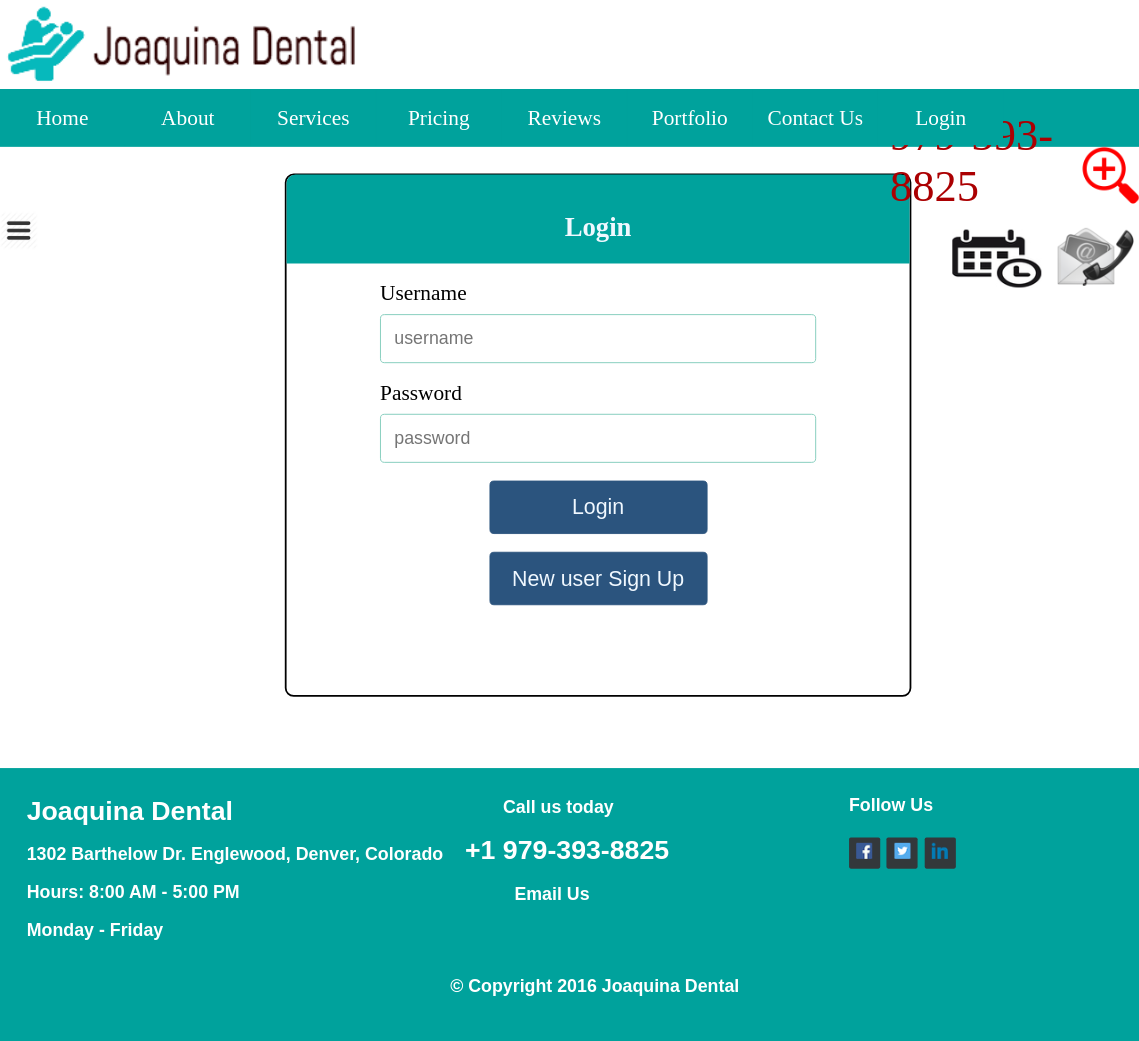
Repository: ManjushaBolishetty/test
Page: http://localhost/test/LoginError.jsp
An editor plug-in stored every save of this project. The page is shown before and after the next save, followed by the edit.
The browser window is 1280 px wide. The pictures show the whole page, at 89% of full size.
The page is served by Tomcat 9. Other server files are loaded and not shown.

Above is the page before, as saved 2016-04-03 06:54:28.

### test/WebContent/LoginError.jsp
<%@ page language="java" contentType="text/html; charset=UTF-8"
    pageEncoding="UTF-8"%>
<%@include file="header.jsp" %>
<!DOCTYPE html>
<html>
<head>
<meta http-equiv="Content-Type" content="text/html; charset=UTF-8">
<meta name="viewport" content="width=device-width, initial-scale=1">
<link href="CSS/ResponsiveForm.css" rel="stylesheet" type="text/css" />
<title>Login</title>
</head>
<body>
<div id="cover">
<header>
    <h3>Login</h3>
</header>
<form action="Login" method="post">
	<label>Username </label>
	<input type="text" name="username" placeholder="username" width="100px;">
	<label>Password </label>
	<input type="password" name="password" placeholder="password">
	<input type="submit" value="Login" id="login">
	<input type="submit" value="New user Sign Up" id="newuser">
</form>
<P>Bummm!!!! Invalid Username or Password. Please try again. <p>
</div>
<footer class="footer-distributed">
			<div class="footer-left">

				<h3>Joaquina Dental</h3>
				<p>1302 Barthelow Dr.
				Englewood, Denver, Colorado</p>
				<p >Hours: 8:00 AM - 5:00 PM</p>
				<p >Monday - Friday</p>
			</div>

			<div class="footer-center">

				<p class="callusToday">Call us today  </p><br/>
				<br/>
				<h3>+1 979-393-8825</h3><br/>
				<p class="emailUs">Email Us</p>
			</div>

			<div class="footer-right">

				<p>Follow Us</p>

				<div class="footer-icons">

					<a href="#"><i class="fa fa-facebook"></i></a>
					<a href="#"><i class="fa fa-twitter"></i></a>
					<a href="#"><i class="fa fa-linkedin"></i></a>

				</div>

			</div>
<p class="copyright" >&copy; Copyright 2016 Joaquina Dental</p>
		</footer>
</body>
</html>

### test/WebContent/header.jsp
<%@ page language="java" contentType="text/html; charset=UTF-8"
    pageEncoding="UTF-8"%>
<!DOCTYPE html>
<html>
<head>
<meta http-equiv="Content-Type" content="text/html; charset=UTF-8">
<meta name="viewport" content="width=device-width, initial-scale=1">
<link href="CSS/testeverything.css" rel="stylesheet" type="text/css" />
<style>

#zoom img {
    width: 5%;
    position: absolute;
    right: 0;
}
</style>
<title>Insert title here</title>
</head>

<body>
<div id="header">
	<img class="logoimage" src="Images/Drawing (4).png" alt="Joaquina Dental"></img>
	<span class="phonenumber">979-393-8825</span>
	<a href="#" class="scheduleanchor"><img class="Contact" src="Images/Contact_Us.png"></img></a>
	<a href="#" class="scheduleanchor"><img class="Calendar" src="Images/calendar.png"></img></a>
</div>

<div id="navmenu">
	<img class="iconimage" src="Images/collpased_menu.png"></img><label for="show-menu" class="show-menu iconlabel">Menu</label>
	<input type="checkbox" id="show-menu" role="button">

	<ul id="menu">
		  <li><a href="#">Home</a></li>
		  <li><a href="#">About</a></li>
		  <li>
		    	<a href="#">Services</a>
			    <ul class="dropdownContent">
			      <li><a href="#">Extraction</a></li>
			      <li><a href="#">Transplant</a></li>
			      <li><a href="#">Root Canal</a></li>
			      <li><a href="#">Cleaning</a></li>
			    </ul>
	  	   </li>
	  	   <li><a href="#">Pricing</a></li>
	  	   <li><a href="#">Reviews</a></li>
	  	   <li><a href="#">Portfolio</a></li>
	  	   <li><a href="#">Contact Us</a></li>
	  	   <li><a href="#">Login</a></li>
	</ul>
</div>
<div id="zoom" style="width:100%;height:0px">
	<a href="#" class=""><img class="zoom" src="Images/zoom.png"></img></a>
</div>
</body>
</html>

### test/WebContent/CSS/testeverything.css
body{
  border: 0;
  padding: 0;
  margin: 0;
  height: 100%;

}

#header{
	width:100%;
	height:100px;
  background-color:white;
}

#header h3{
	display:inline;
	width:auto;
	height:auto;
}
#header img{
	width:auto;
	float:left;
	padding-left:0px;
	height:100%;
}


.Contact{

	max-width:100%;
	height:auto;
	margin-left:10px;
	margin-top:18px;
}


.Calendar{

	max-width:100%;
	height:auto;
	margin-left:10px;
	margin-top:20px;
}

#header a{
	float:right;
	/*margin-right: 40px;*/
}
.logoSchedule{
	width:auto;
	float:left;
}

.logoContact{
	width:auto;
	float:right;
}

#navmenu{
	width:100%;
	height:65px;
	background:#00A29C;
}

ul {
	list-style-type:none;
	margin:0;
	padding:0;
	position: absolute;
}

/*Create a horizontal list with spacing*/
li {
	display:inline-block;
	float: left;
	margin-right: 1px;
}

/*Style for menu links*/
li a {
	display:block;
	min-width:140px;
	padding-top:20px;
	padding-bottom:16px;
	font-size:24px;
	text-align: center;
	font-family: 'Roboto Slab', serif;
	color: white;
	background: #00A29C;
	text-decoration: none;
}

.phonenumber{
    font-size: 50px;
    margin-left: 1000px;
    display: inline-block;
    margin-top: 22px;
    color: #ab0002;
    float:left;
}

/*Hover state for top level links*/
li:hover a {
	background: black;
}

/*Style for dropdown links*/
li:hover ul a {
	background: #e6ffff;
	color: blue;
}

/*Hover state for dropdown links*/
li:hover ul a:hover {
	background: #19c589;
	color: #fff;
}

/*Hide dropdown links until they are needed*/
li ul {
	display: none;
}

/*Make dropdown links vertical*/
li ul li {
	display: block;
	float: none;
}



/*Display the dropdown on hover*/
ul li a:hover + .dropdownContent, .dropdownContent:hover {
	display: block;
}

/*Responsive Styles*/

	.show-menu {
	font-family: "Helvetica Neue", Helvetica, Arial, sans-serif;
	text-decoration: none;
	color: #fff;
	background: #00A29C;
	text-align: center;
	padding: 10px 0;
	display: none;
}

.iconlabel{
	width:100%;
	height:auto;
	padding:1%;
}

.iconimage{
	float:left;
	height:42px;
}


.callusToday{
	padding-left:10%;
}
.emailUs{
	padding-left:13%;
}

/*Hide checkbox*/
input[type=checkbox]{
    display: none;
}

/*Show menu when invisible checkbox is checked*/
input[type=checkbox]:checked ~ #menu{
    display: block;
}

@media screen and (max-width : 832px){
	/*Make dropdown links appear inline*/
	ul {
		position: static;
		display: none;
	}

	/*Create vertical spacing*/
	li {
		margin-bottom: 1px;
	}
	/*Make all menu links full width*/
	ul li, li a {
		width: 100%;
	}
	.show-menu {
		display:block;
	}
	.imageHolder{
		display:none;
	}
	.iconlabel
	{
	padding-top:12px;
	float:left;
	width:auto;
	}
}



#Content{
	width:100%;
	height:600px;
	background:white;
}

.imageHolder{
	width:100%;
	height:400px;
	background-image: url("/BigHornDental/Images/appointment.jpg");
    background-repeat: no-repeat;
    background-size: contain;
    border: 1px solid black;
}


.login{
  width: 40%;
  font-family: lato;
  position: relative;
  color: white;
  border:1px solid blue;
  border-radius: 10px;
  background-color:blue;
  text-align:center;
}




/*For Footer*/
footer{
padding-left:40px;
}

.footer-distributed{
	background-color: #00A29c;
	box-shadow: 0 1px 1px 0 rgba(0, 0, 0, 0.12);
	box-sizing: border-box;
	width: 100%;
	height:auto;
	text-align: left;
	font: bold 16px sans-serif;
	padding: 30px 30px;
	margin-top: 80px;
}

.footer-distributed .footer-left,
.footer-distributed .footer-center,
.footer-distributed .footer-right{
	display: inline-block;
	vertical-align: top;
}

/* Footer left */

.footer-distributed .footer-left{
	width: 40%;
}

 p{
	font-size:20px;
	color:white;
}

/* The company logo */

.footer-distributed h3{
	color:  white;
	margin: 0;
}


/* Footer links */

.footer-distributed .footer-links{
	color:  #ffffff;
	margin: 20px 0 12px;
	padding: 0;
}

.footer-distributed .footer-links a{
	display:inline-block;
	line-height: 1.8;
	text-decoration: none;
	color:  inherit;
}

.footer-distributed .footer-company-name{
	color:  #8f9296;
	font-size: 14px;
	font-weight: normal;
	margin: 0;
}

/* Footer Center */

.footer-center p{
	padding-top:3px;
}

.footer-right p{
	margin-top:0px;
}

.footer-distributed .footer-center{
	width: 35%;
}

.footer-distributed .footer-center i{
	background-color:  #33383b;
	color: #ffffff;
	font-size: 25px;
	width: 38px;
	height: 38px;
	border-radius: 50%;
	text-align: center;
	line-height: 42px;
	margin: 10px 15px;
	vertical-align: middle;
}

.footer-distributed .footer-center i.fa-envelope{
	font-size: 17px;
	line-height: 38px;
}

.footer-distributed .footer-center p{
	display: inline-block;
	color: #ffffff;
	vertical-align: middle;
	margin:0;
}

.footer-distributed .footer-center p span{
	display:block;
	font-weight: normal;
	font-size:14px;
	line-height:2;
}

.footer-distributed .footer-center p a{
	color:  white;
	text-decoration: none;;
}


/* Footer Right */

.footer-distributed .footer-right{
	width: 20%;
}

.footer-distributed .footer-company-about span{
	display: block;
	color:  black;
	font-size: 14px;
	font-weight: bold;
	margin-bottom: 20px;
}

.footer-distributed .footer-icons{
	margin-top: 25px;
}

.footer-distributed .footer-icons a{
	display: inline-block;
	width: 35px;
	height: 35px;
	cursor: pointer;
	background-color:  #33383b;
	border-radius: 2px;

	font-size: 20px;
	color: #ffffff;
	text-align: center;
	line-height: 35px;

	margin-right: 3px;
	margin-bottom: 5px;
}

.fa-twitter:before {
    content: url("../Images/twitter.png");
}
.fa-facebook:before {
    content: url("../Images/facebook.png");
}
.fa-linkedin:before {
    content: url("../Images/linkedin.png");
}

.fa-linkedin:before {
    content: url("../Images/linkedin.png");
}

.footer-left span{

}


.copyright{
	padding-left: 39%;
}

/* If you don't want the footer to be responsive, remove these media queries */

@media (max-width: 880px) {

	.footer-distributed{
		font: bold 14px sans-serif;
	}

	.footer-distributed .footer-left,
	.footer-distributed .footer-center,
	.footer-distributed .footer-right{
		display: block;
		width: 100%;
		margin-bottom: 40px;
		text-align: center;
	}

	.footer-distributed .footer-center i{
		margin-left: 0;
	}

}


/*Supports Iphone 5,6 and 6S-Plus*/

@media screen and (max-width : 440px){
	/*Make dropdown links appear inline*/
	#header img{
		width:80%;
	}

	.iconimage{
		height:100%;
		width:10%;
	}
	.iconlabel{
		font-size:30px;
	}
	.show-menu{
		font-size:30px;
	}

	#showOnMobile{
		display:block;
	}

	.Contact{
	width:80px;
	height:auto;
	margin-left:0px;
	margin-top:8px;
	}


.Calendar{

	width:80px;
	height:auto;
	margin-left:0px;
	margin-top:8px;
	}

.phonenumber{
	display:none;
	}

	.callusToday{
	padding-left:0%;
	}
	.emailUs{
		padding-left:0%;
	}

	.copyright{
		text-align:center;
		padding-left:0%;
		width:100%;
	}
}


@media screen and (max-width : 780px){
	.phonenumber{
		margin-left:70px;
	}
	.iconimage{
		height:65px;
	}
	.iconlabel{
		font-size:30px;
	}
	.callusToday{
		padding-left:0%;
		font-size:20px;
	}
	.emailUs{
		padding-left:0%;
	}
	.footer-left p{
		font-size:20px;
	}
	.footer-center p{
		font-size:20px;
	}
	.footer-right p{
		font-size:20px;
	}
	.copyright{
		text-align:center;
		padding-left:0%;
		width:100%;
	}

}

### test/WebContent/CSS/ResponsiveForm.css
* {
/* With these codes padding and border does not increase it's width and gives intuitive style.*/
box-sizing: border-box;
}

body {
	margin:0;
	padding:0;
	font-family: 'Roboto Slab', serif;
	width:100%;
}

#cover{
	width: 55%;
	margin: 30px 30% 10px 25%;
	padding:10px 0;
	border: 2px solid black;
	border-radius:10px;
}
form{
	width:70%;
	margin:4% 15%;
}
header {
    background-color: #00A29C;
    text-align: center;
    padding-top: 1px;
    padding-bottom: 8px;
    margin-top: -11px;
    margin-bottom: -8px;
    border-radius: 10px 10px 0 0;
    color: aliceblue;
    height: 100px;
    font-size: 24px;
}

h3{
	font-size: 30px;
	padding-top:1px;
}
#newuser{
	margin-right:10px;
}

label{
	font-size:24px;
}


/* Makes responsive fields. Sets size and field alignment.*/
input[type=text]{
	margin-bottom: 20px;
	margin-top: 10px;
	width:100%;
	padding: 15px;
	border-radius:5px;
	border:1px solid #7ac9b7;
	font-size:20px;
}
input[type=password]{
	margin-bottom: 20px;
	margin-top: 10px;
	width:100%;
	padding: 15px;
	border-radius:5px;
	border:1px solid #7ac9b7;
	font-size:20px;
}

input[type=radio]{
	margin-bottom: 20px;
	margin-top: 10px;
	padding: 15px;
	border-radius:5px;
	border:1px solid #7ac9b7;
	font-size:20px;
}

select{
	margin-bottom: 20px;
	margin-top: 10px;
	width:100%;
	height:25px;
	padding: 15px;
	border-radius:5px;
	border:1px solid #7ac9b7;
}

.datepicker{
	height:30px;
}

.result{
	color:blue;
}

input[type=submit]
{
	margin-bottom: 20px;
	width:50%;
	margin-left:25%;
	padding: 15px;
	border-radius:5px;
	border:1px solid #7ac9b7;
	background-color: #2b547e;
	border-color:#2b547e;
	color: aliceblue;
	font-size:24px;
	cursor:pointer;
}
#submit:hover
{
	background-color: blue;
}
textarea{
	width:100%;
	padding: 15px;
	margin-top: 10px;
	border:1px solid #7ac9b7;
	border-radius:5px;
	margin-bottom: 20px;
	resize:none;
}
input[type=text]:focus,textarea:focus {
	border-color: #4697e4;
}

@media screen and (max-width : 768px){
	h2{
		font-size:16px;
	}
	p{
		font-size:14px;
	}
	label{
		font-size:12px;
	}
	input[type=submit]{
		padding:5px;
	}
	input[type=text]{
		padding: 8px;
	}
	div#envelope{
		width: 80%;
		margin: 10px 30% 10px 11%;
	}
}

@media screen and (max-width : 415px){
	#cover{
	width: 95%;
	margin: 30px 30% 30px 2.5%;
	padding:10px 0;
	border: 2px solid black;
	border-radius:10px;
	}
	input[type=submit]{
		padding:4px;
		font-size:20px;
		white-space:normal;
	}
	input[type=text]{
		padding: 8px;
		font-size:20px;
	}

	input[type=password]{
		padding: 8px;
		font-size:20px;
	}
	label{
		font-size:22px;
	}
	h2{
		font-size:22px;
	}
	p{
		font-size:18px;
	}
	div#envelope{
		width: 80%;
		margin: 10px 30% 10px 11%;
	}

}

@media screen and (max-width : 768px){
	#cover{
	width: 90%;
	margin: 30px 30% 30px 5.5%;
	padding:10px 0;
	border: 2px solid black;
	border-radius:10px;
	}
	input[type=submit]{
		padding:4px;
		font-size:20px;
		white-space:normal;
	}
	input[type=text]{
		padding: 8px;
		font-size:20px;
	}

	input[type=password]{
		padding: 8px;
		font-size:20px;
	}
	label{
		font-size:22px;
	}
	h2{
		font-size:22px;
	}
	p{
		font-size:18px;
	}
	div#envelope{
		width: 80%;
		margin: 10px 30% 10px 11%;
	}

}

After the next save:
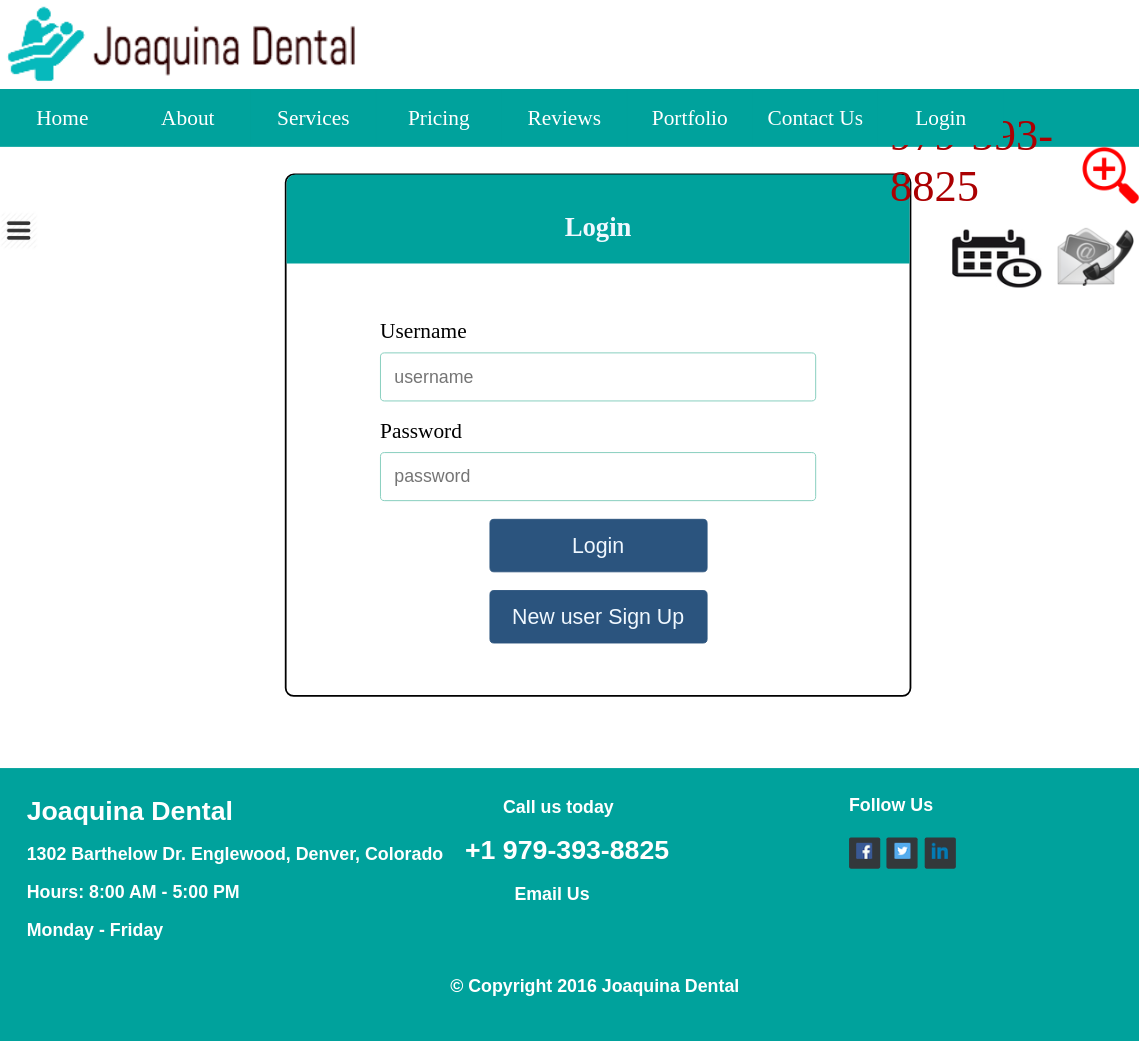
Saved 63 s later.
--- a/test/WebContent/LoginError.jsp
+++ b/test/WebContent/LoginError.jsp
@@ -14,6 +14,7 @@
 <header>
     <h3>Login</h3>
 </header>
+<p>Bummm!!!! Invalid Username or Password. Please try again.</p>
 <form action="Login" method="post">
 	<label>Username </label>
 	<input type="text" name="username" placeholder="username" width="100px;">
@@ -22,7 +23,7 @@
 	<input type="submit" value="Login" id="login">
 	<input type="submit" value="New user Sign Up" id="newuser">
 </form>
-<P>Bummm!!!! Invalid Username or Password. Please try again. <p>
+
 </div>
 <footer class="footer-distributed">
 			<div class="footer-left">
